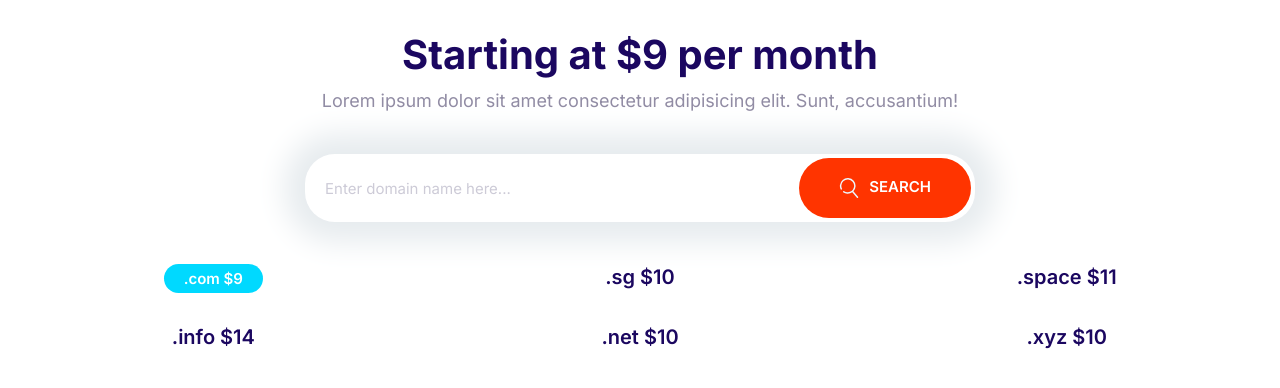
Repository: CJYen/moshify
Page: playground.html
These files come from the project's save history. The page is drawn as it stood at one moment and after the next save; the edit follows.
The browser window is 1280 px wide. The pictures show the whole page.

Above is the page before, as saved 2021-03-17 12:10:09.

### playground.html
<!DOCTYPE html>
<html lang="en">
  <head>
    <meta charset="UTF-8" />
    <meta http-equiv="X-UA-Compatible" content="IE=edge" />
    <meta name="viewport" content="width=device-width, initial-scale=1.0" />
    <title>Document</title>
    <link rel="preconnect" href="https://fonts.gstatic.com" />
    <link
      href="https://fonts.googleapis.com/css2?family=Inter:wght@400;600;700&display=swap"
      rel="stylesheet"
    />
    <link rel="stylesheet" href="css/normalize.css" />
    <link rel="stylesheet" href="css/styles.css" />
  </head>
  <body>
    <section class="domain block-domain">
      <header class="block__header">
        <h2>Starting at $9 per month</h2>
        <p>
          Lorem ipsum dolor sit amet consectetur adipisicing elit. Sunt,
          accusantium!
        </p>
        <div class="input-group box">
          <input
            type="text"
            class="input"
            placeholder="Enter domain name here..."
          />
          <button class="btn btn--accent">
            <svg class="icon icon--white">
              <use xlink:href="images/sprite.svg#search"></use></svg
            >Search
          </button>
        </div>
        <ul class="list block-domain__prices">
          <li>
            <span class="badge badge--secondary">.com $9 </span>
          </li>
          <li>.sg $10</li>
          <li>.space $11</li>
          <li>.info $14</li>
          <li>.net $10</li>
          <li>.xyz $10</li>
        </ul>
      </header>
    </section>
  </body>
</html>

### css/styles.css
/* Typography */
::selection {
    background: var(--color-primary);
    color: #fff;
}
:root {
    --color-primary: #2584ff;
    --color-secondary: #00d9ff;
    --color-accent: #ff3400;
    --color-headings: #1b0760;
    --color-body: #918ca4;
    --color-body-darker: #5c5577;
    --color-border: #ccc;
    --border-radius: 30px;
}
*, *::after, *::before {
    box-sizing: border-box;
}

html {
    font-size: 62.5%;
}

body {
    font-family: Inter, Arial, Helvetica, sans-serif;
    font-size: 2.4rem;
    line-height: 1.5;
    color: var(--color-body);
}
h1, h2, h3 {
    color: var(--color-headings);
    margin-bottom: 1rem;
    line-height: 1.1;
}
h1 {
    font-size: 7rem;
}
h2 {
    font-size: 4rem;
}
h3 {
    font-size: 3rem;
    font-weight: 500;
}
p {
    margin-top: 0;
}

@media screen and (min-width: 1024px){
    body{
        font-size: 1.8rem;
    }
    h1{
        font-size: 8rem;
    }
    h2{
        font-size: 4rem;
    }
    h3{
        font-size: 2.4rem;
    }
}

/* links */
a {
    text-decoration: none;
}

.link-arrow {
    color: var(--color-accent);
    text-transform: uppercase;
    font-size: 2rem;
    font-weight: bold;
}

.link-arrow::after {
    content:"-->";
    margin-left: 5px;
    transition: margin 0.15s;
}

.link-arrow:hover::after {
    margin-left: 10px;
}

@media screen and (min-width: 1024px){
    .link-arrow {
        font-size: 1.5rem;
    }
}

/* badge */
.badge {
    border-radius: 20px;
    font-size: 2rem;
    font-weight: 600;
    padding: 0.5rem 2rem;
    white-space: nowrap;
}
.badge--primary {
    background: var(--color-primary);
    color: white;
}
.badge--secondary {
    background: var(--color-secondary);
    color: white;
}
.badge--small {
    font-size: 1.6rem;
    padding: 0.5rem 1.5rem;
}

@media screen and (min-width: 1024px) {
    .badge {
        font-size: 1.5rem;
    }
    .badge--small {
        font-size: 1.2rem;
    }
}

/* list */
.list {
    list-style: none;
    padding-left: 0;

}
.list--inline .list__item {
    display: inline-block;
    margin-right: 2rem;
}
.list--tick {
    list-style-image: url(../images/tick.svg);
    padding-left: 3rem;
    color: var(--color-headings);
}
.list--tick .list__item {
    padding-left: 0.5rem;
    margin-bottom: 1rem;
}

@media screen and (min-width: 1024px) {
    .list--tick .list__item {
        padding-left: 0;
    }
}

/* icon */
.icon {
    width: 40px;
    height: 40px;
}
.icon--small {
    width: 30px;
    height: 30px;
}
.icon--primary {
    fill: var(--color-primary);
}
.icon--white {
    fill: white;
}
.icon-container {
    background: #f3f9fa;
    width: 64px;
    height: 64px;
    border-radius: 100%;
    display: inline-flex;
    justify-content: center;
    align-items: center;
}
.icon-container--accent {
    background: var(--color-accent);
}

/* button */
.btn {
    border-radius: 40px;
    border: 0;
    cursor: pointer;
    font-size: 1.8rem;
    font-weight: 600;
    margin: 1rem 0;
    /* outline: 0; */
    padding: 2rem 4rem;
    text-align: center;
    text-transform: uppercase;
    white-space: nowrap;
}
.btn .icon {
    width: 2rem;
    height: 2rem;
    margin-right: 1rem;
    vertical-align: middle;
}
.btn--primary {
    background: var(--color-primary);
    color: #fff;
}
.btn--primary:hover {
    background: #3a8ffd;
}

.btn--secondary {
    background: var(--color-secondary);
    color: #fff;
}
.btn--secondary:hover {
    background: #00c8eb;
}
.btn--accent {
    background: var(--color-accent);
    color: #fff;
}
.btn--accent:hover {
    background: #ec3000;
}
.btn--outline {
    background: #fff;
    color: var(--color-headings);
    border: 2px solid var(--color-headings);
}
.btn--stretched {
    padding-left: 6rem;
    padding-right: 6rem;
}
.btn--block {
    width: 100%;
    display: inline-block;
}
@media screen and (min-width: 1024px) {
    .btn {
        font-size: 1.5rem;
    }
}

input
.input {
    border-radius: var(--border-radius);
    border: 1px solid var(--color-border);
    color: var(--color-headings);
    font-size: 2rem;
    outline: 0;
    padding: 1.5rem 3.5rem;
}
::placeholder {
    color: #cdcbd7;
}
.input-group {
    border: 1px solid var(--color-border);
    border-radius: var(--border-radius);
    display: flex;
}
.input-group .input {
    background-color: transparent;
    border: 0;
    flex-grow: 1;
    outline: 0;
    padding: 2rem;
    width: 0;
}
.input-group .btn {
    margin: 4px;
}

@media screen and (min-width: 1024px) {
    .input {
        font-size: 1.5rem;
    }
}

/* Cards */
.card {
    border-radius: 7px;
    box-shadow: 0 0 20px 10px #f3f3f3;
    overflow: hidden;
}

.card__header,
.card__body {
    padding:  2rem 3rem;
}
.card--primary .card__header {
    background-color: var(--color-primary);
    color: #fff;
}
.card--secondary .card__header {
    background-color: var(--color-secondary);
    color: #fff;
}
.card--primary .badge--primary {
    background: #126de4;
}
.card--secondary .badge--secondary  {
    background: #02cdf1;
}

/* plan */
.plan {
    transition: transform .2s ease-out;
}
.plan__name {
    color: #fff;
    margin: 0;
    font-weight: 500;
    font-size: 2.4rem;
}
.plan__price {
    font-size: 6rem;
}
.plan__billing-cycle {
    font-size: 2.4rem;
    font-weight: 300;
    opacity: 0.8;
    margin-right: 1rem;
}
.plan__description  {
    font-size: 2rem;
    font-weight: 300;
    letter-spacing: 1px;
    display: block;
}
.plan .list__item   {
    margin: 2rem;
}
.plan--popular {
    transform: scale(1.1);
}
.plan--popular .card__header {
    position: relative;
}
.plan--popular .card__header::before {
    content: url(../images/popular.svg);
    width: 40px;
    display: inline-block;
    position: absolute;
    top: -6px;
    right: 5%;
}
.plan:hover {
    transform: scale(1.05);
}
.plan--popular:hover {
    transform: scale(1.15);
}

@media screen and (min-width: 1024px) {
    .plan__name {
        font-size: 1.4rem;
    }
    .plan__price {
        font-size: 5rem;
    }
    .plan__billing-cycle {
        font-size: 1.6rem;
    }
    .plan__description {
        font-size: 1.7rem;
    }
}

/* media  */
/* We will not modified the bg color for font size at this point
 since we don't know yet what if there is some other color option */
.media {
    display: flex;
    margin-bottom: 4rem;
}
.media__title {
    margin: 0;
}
.media__body {
    margin: 0 2rem;
}
.media__image {
    margin-top: 1rem;
}

/* quote */
.quote {
    font-size: 3rem;
    font-style: italic;
    color: var(--color-body-darker);
    line-height: 1.3;
}
.quote__text::before {
    content: open-quote;
}
.quote__text::after {
    content: close-quote;
}
.quote__author{
    font-size: 3rem;
    font-weight: 500;
    font-style: normal;
    margin-bottom: 0;
}
.quote__organization {
    color: var(--color-headings);
    opacity: 0.4;
    font-size: 2rem;
    font-style: normal;
}
.quote__line {
    position: relative;
    bottom: 10px;
}

@media screen and (min-width: 1024px) {
    .quote {
        font-size: 2rem;
    }
    .quote__author {
        font-size: 2.4rem;
    }
    .quote__organization {
        font-size: 1.6rem;
    }
}

/* Grid */
.grid {
    display: grid;
}

@media screen and (min-width: 768px) {
    .grid--1X2 {
        grid-template-columns: repeat(2, 1fr);
    }
}
@media screen and (min-width: 1024px) {
    .grid--1X3 {
        grid-template-columns: repeat(3, 1fr);
    }
}

/* Testimonials */
.testimonial {
    padding: 3rem;
}
.testimonial__image {
    position: relative;
    margin: 0 3rem;
  }
.testimonial__image > img {
    width: 100%;
}
.testimonial__image > .icon-container {
    position: absolute;
    top: 3rem;
    right: -32px;
}
@media screen and (min-width: 768px) {
    .testimonial__image {
        margin: 0;
      }

    .testimonial .quote,
    .testimonial .quote__author {
        font-size: 2.4rem;
    }
    .testimonial.quote {
        margin-left: 6rem;
        /* margin-right: 0; */
    }

}

/* Callouts */
.callout {
    padding: 4rem;
    border-radius: 5px;
}
.callout--primary {
    background: var(--color-primary);
    color: #fff;
}
.callout__heading {
    color: #fff;
    margin-top: 0;
    font-size: 3rem;
}
.callout .btn {
    justify-self: center;
    align-self: center;
}
.callout__content {
    text-align: center;
}

@media screen and (min-width: 768px) {
    .callout .grid--1X2 {
        grid-template-columns: 1fr auto;
    }
    .callout__content {
        text-align: left;
    }
    .callout .btn {
        justify-self: start;
        margin: 0 2rem;
    }
}

/* Collapsible */
.collapsible__header {
    display: flex;
    justify-content: space-between;
}

.collapsible__heading {
    margin: 0;
    font-size: 3rem;
}
.collapsible__chevron {
    transform: rotate(-90deg);
    transition: 0.3s;
}
.collapsible__content {
    max-height: 0;
    overflow: hidden;
    opacity: 0;
    transition: all 0.3s;
}
.collapsible--extended .collapsible__chevron {
    transform: rotate(0);
}
.collapsible--extended  .collapsible__content {
    max-height: 100vh;
    opacity: 1;
}

/* Blocks */
.block {
    --padding-vertical: 6rem;
    padding: var(--padding-vertical) 2rem;
}
.block__header {
    text-align: center;
    margin-bottom: 4rem;
}
.block__heading {
    margin-top: 0;
}
.block--dark {
    background: #000;
    color: #7b858b;
}
.block--dark h1,
.block--dark h2,
.block--dark h3 {
    color: #fff;
}
.block--skewed-right {
    padding-bottom: calc(var(--padding-vertical) + 4rem);
    clip-path: polygon(0 0, 100% 0, 100% 100%, 0 90%);
}
.block--skewed-left {
    padding-bottom: calc(var(--padding-vertical) + 4rem);
    clip-path: polygon(0 0, 100% 0, 100% 90%, 0 100%);
}
.container {
    max-width: 1140px;
    margin: 0 auto;
}

/* Navigation Bar */
.nav {
    background: #000;
    display: flex;
    justify-content: space-between;
    flex-wrap: wrap;
    padding: 0 1rem;
    align-items: center;
}
.nav__list {
    width: 100%;
    margin: 0;
}
.nav__item {
    padding: 0.5rem 2rem;
    border-bottom: 1px solid #222;
}
.nav__item > a {
    color: #d2d0db;
    transition: color 0.3s;
}
.nav__item > a:hover {
    color: #fff;
}
.nav__toggler {
    opacity: 0.5;
    transition: box-shadow 0.5s;
    cursor: pointer;
}

.nav.collapsible--extended .nav__toggler {
    opacity: 1;
    box-shadow: 0 0 0 3px #666;
    border-radius: 5px;
}
.nav__brand {
    transform: translateY(5px);
}

@media screen and (min-width: 768px) {
    .nav__toggler {
        display: none;
    }
    .nav__list {
        width: auto;
        display: flex;
        font-size: 1.6rem;
        max-height: 100%;
        opacity: 1;
    }
    .nav__item {
        border: 0;
    }
}

/* Hero */

.hero__tagline {
    font-size: 2rem;
    color: #b9c3cf;
    letter-spacing: 1px;
    margin: 2rem 0 5rem;
}
.hero__image {
    width: 100%;
}

@media screen and (min-width: 768px) {
    .hero {
        padding-top: 0;
    }
    .hero__content {
        text-align: left;
        align-self: center;
    }
}

/* Domain Block */
.block-domain .input-group {
    box-shadow: 0 0 30px 20px #e6ebee;
    border: 0;
    margin: 4rem auto;
    max-width: 670px;
}

.block-domain__prices {
    color: var(--color-headings);
    display: grid;
    grid-template-columns: repeat(3, 1fr);
    grid-template-rows: repeat(2, 6rem);
    font-size: 2rem;
    font-weight: 600;
    justify-items: center;
}
@media screen and (min-width: 768px) {
    .block-domain__prices {
        grid-template-columns: repeat(auto-fit, minimax(100px, 1fr));
    }
}

.plan__block {
    display: grid;
}

/* Plans Block */
.block-plans .grid {
    gap: 8rem 4rem;
}

.block-plans .card {
    max-width: 500px;
    margin: 0 auto;
}

/* Features */
.feature {
    gap: 4rem 2rem;
    margin: 12rem 0;
}
.feature:first-of-type {
    margin: 6rem;
}
.feature__heading {
    margin: 1rem 0;
}
.feature__image {
    width: 100%;
}

@media screen and (min-width: 768px) {
    .feature:nth-of-type(even) .feature__content {
        order: 2;
    }
}

/* Showcase Block */
.block-showcase__image >img {
    width: 100%;
}

@media screen and (min-width: 768px) {
    .block-showcase .grid {
        grid-template-columns: 50% 50%;
    }
    .block-showcase__image {
        justify-self: end;
    }
    .block-showcase__image > img {
        width: auto;
        max-width: 700px;
    }
}

/* Footer */
.footer {
    background: #232323;
}
.footer a {
    color: #777;
    transition: color 0.3s;
}
.footer a:hover {
    color: #fff;
}
.footer__section {
    padding: 2rem;
    border-bottom: 1px solid #393939;
}
.footer__section .list {
    margin: 0;
}
.footer__heading {
    text-transform: uppercase;
    font-weight: 600;
}
.footer__brand {
    margin-top: 5rem;
    text-align: center;
}
.footer__brand img {
    /* TODO: consider refactor this and
    applying to all images */
    width: 100%;
    max-height: 230px;
}
.footer__copyright {
    font-size: 2.1rem;
    color: #fff;
    opacity: .3;
}

@media screen and (min-width:768px) {
    .footer__sections {
        grid-template-columns: repeat(auto-fit, minmax(10rem, 1fr));
    }
    .footer .collapsible__chevron {
        display: none;
    }
    .footer .collapsible__content {
        opacity: 1;
        max-height: 100%;
        font-size: 1.6rem;
    }
    .footer__brand {
        order: -1;
        margin-top: 1rem;
    }
    .footer__copyright {
        font-size: 1.5rem;
    }
    .footer__section {
        border: 0;
    }
    .footer__heading {
        font-size: 1.6rem;
    }
}

Loaded but not shown: css/normalize.css (library)

After the next save:
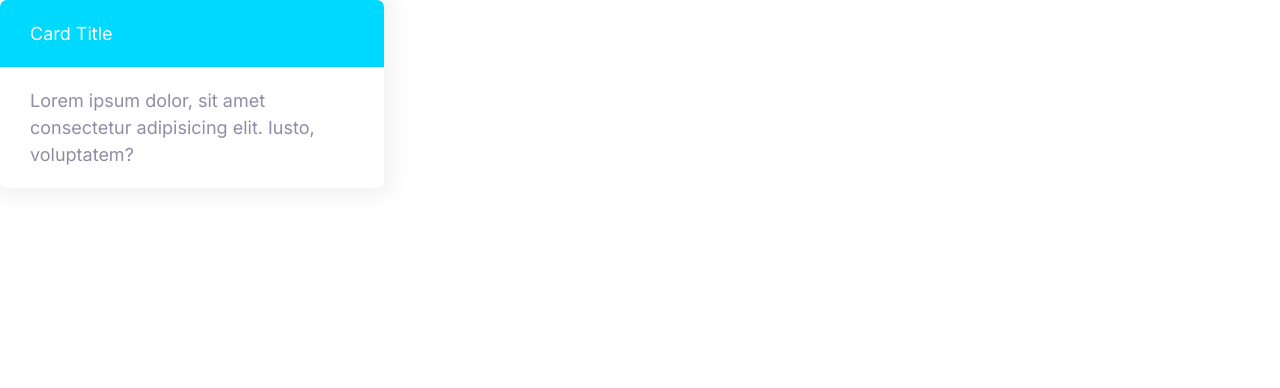
Saved 5 days later.
--- a/playground.html
+++ b/playground.html
@@ -14,36 +14,14 @@
     <link rel="stylesheet" href="css/styles.css" />
   </head>
   <body>
-    <section class="domain block-domain">
-      <header class="block__header">
-        <h2>Starting at $9 per month</h2>
-        <p>
-          Lorem ipsum dolor sit amet consectetur adipisicing elit. Sunt,
-          accusantium!
-        </p>
-        <div class="input-group box">
-          <input
-            type="text"
-            class="input"
-            placeholder="Enter domain name here..."
-          />
-          <button class="btn btn--accent">
-            <svg class="icon icon--white">
-              <use xlink:href="images/sprite.svg#search"></use></svg
-            >Search
-          </button>
+    <div style="width: 30%">
+      <div class="card card--secondary">
+        <header class="card__header">Card Title</header>
+        <div class="card__body">
+          Lorem ipsum dolor, sit amet consectetur adipisicing elit. Iusto,
+          voluptatem?
         </div>
-        <ul class="list block-domain__prices">
-          <li>
-            <span class="badge badge--secondary">.com $9 </span>
-          </li>
-          <li>.sg $10</li>
-          <li>.space $11</li>
-          <li>.info $14</li>
-          <li>.net $10</li>
-          <li>.xyz $10</li>
-        </ul>
-      </header>
-    </section>
+      </div>
+    </div>
   </body>
 </html>
